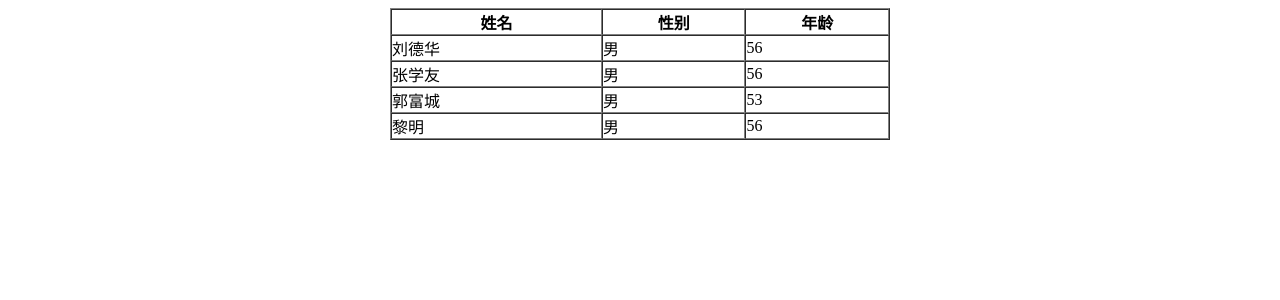
Repository: 129021/Front-end-learning
Page: 第2天/03-表头单元格标签.html
An editor plug-in stored every save of this project. The page is shown before and after a run of saves, followed by the edit.
The browser window is 1280 px wide. The pictures show the whole page.

Above is the page before, as saved 2021-10-15 19:25:58.

After the next 2 saves:
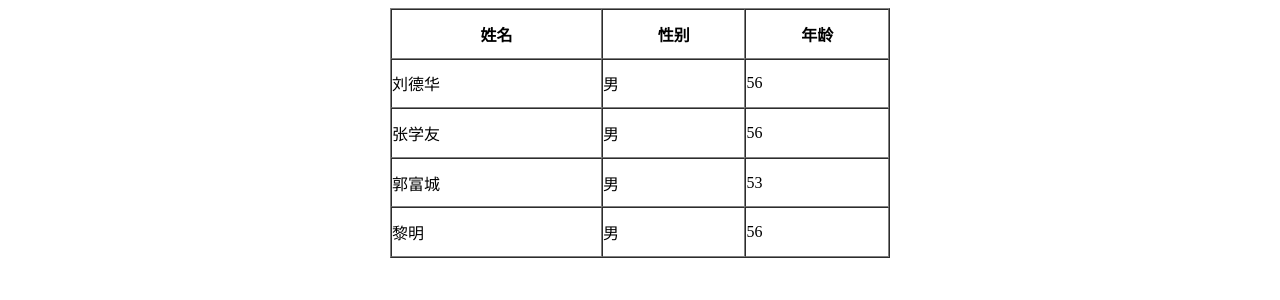
The 2 saves are shown as one change because they came seconds apart.
The last was saved 17 s later.
--- a/第2天/03-表头单元格标签.html
+++ b/第2天/03-表头单元格标签.html
@@ -10,7 +10,7 @@
 
 <body>
     <!-- 这些属性要写到表格标签table里面去 -->
-    <table align="center" border="1" cellpadding="0" cellspacing="0" width="500">
+    <table align="center" border="1" cellpadding="0" cellspacing="0" width="500" height="250">
         <tr>
             <th>姓名</th>
             <th>性别</th>
